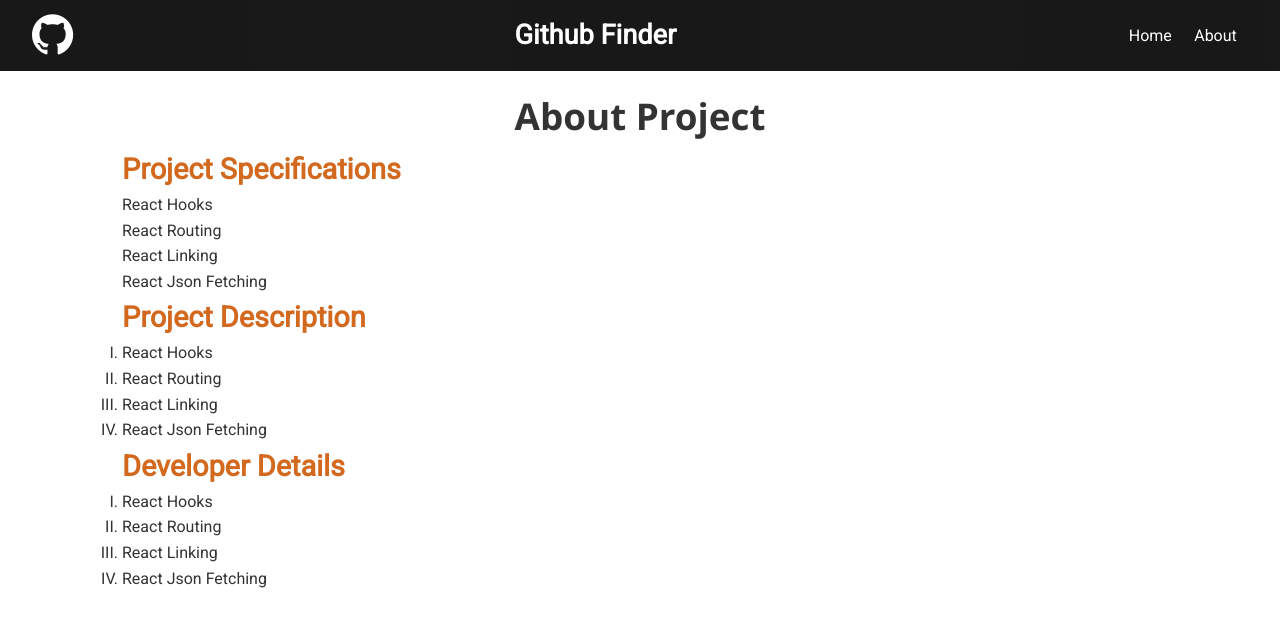
Repository: hemantsaini-7/ReactHooks-GitHub-Clone
Page: /about
An editor plug-in stored every save of this project. The page is shown before and after the next save, followed by the edit.
The browser window is 1280 px wide. The pictures show the whole page.
The project was rebuilt for these pictures with package versions that can differ from the ones it lists, and the page was loaded fresh each time. Also part of the build but not shown: src/components/users/UserItem.js, src/components/layout/Spinner.js, src/components/users/Users.js, src/components/repos/RepoItem.js, src/components/repos/Repos.js, src/components/users/User.js, src/components/users/Search.js, src/components/layout/Alert.js.

Above is the page before, as saved 2020-08-06 10:09:04.

After the next save:
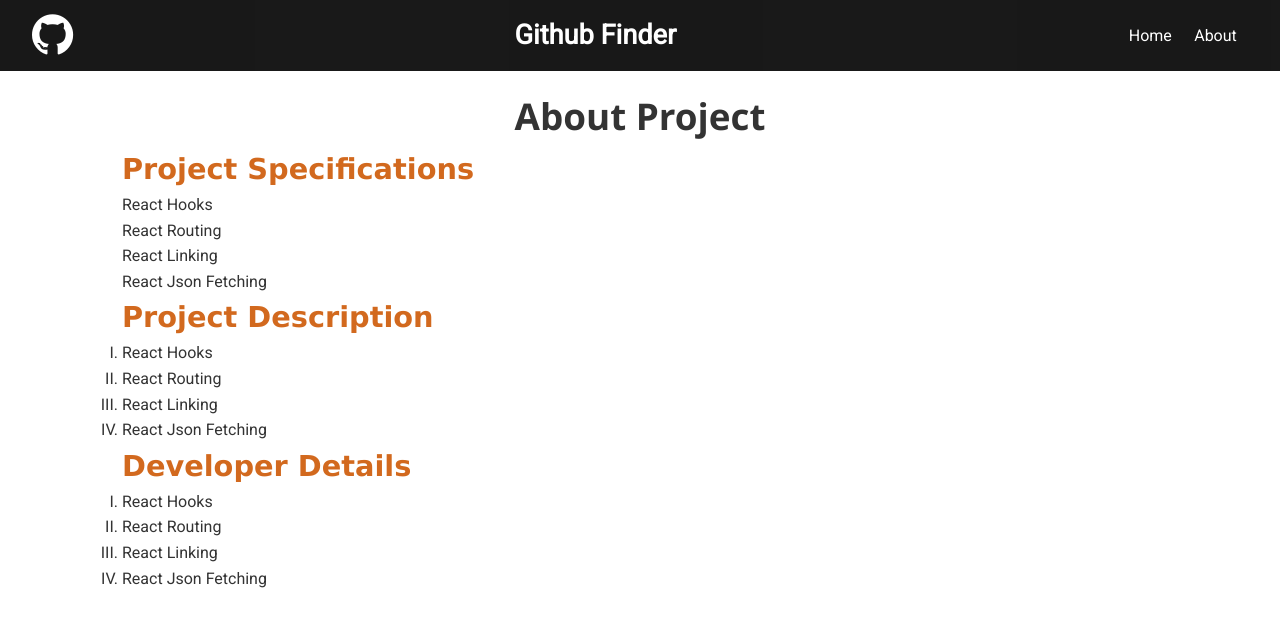
Saved 37 s later.
--- a/src/App.css
+++ b/src/App.css
@@ -400,6 +400,7 @@
   font-weight: bold;
   font-size: 1.8rem;
   color: chocolate;
+  font-family: Verdana, Geneva, Tahoma, sans-serif;
 }
 /* Mobile Styles */
 @media (max-width: 700px) {
